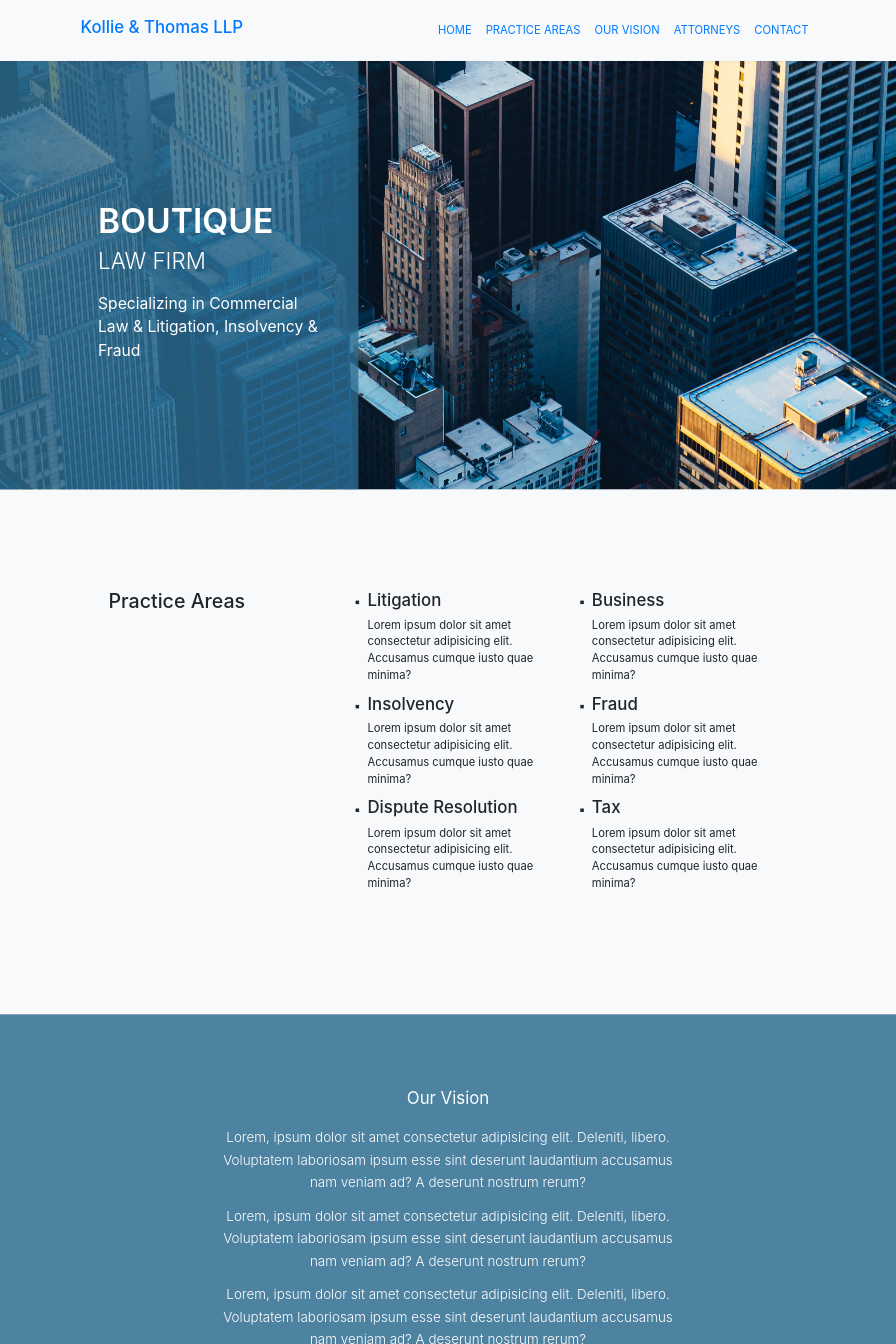
Repository: just-mann/kolllie-kolliellp
Page: index.html
The author's editor kept a copy of each file at every save. The page is drawn from the files as they stood at one save, then again after a run of saves.
The browser window is 1280 px wide. The pictures show the part of the page from y = 0 to 1920 px (the page is 4529 px tall), at 70% of full size.
Backgrounds fixed to the window are drawn as part of the page.

Above is the page before, as saved 2021-06-02 05:48:06.

### index.html
<!DOCTYPE html>
<html lang="en">
<head>
    <meta charset="UTF-8">
    <meta name="viewport" content="width=device-width, initial-scale=1.0">
    <meta http-equiv="X-UA-Compatible" content="ie=edge">
    <meta name="Description" content="Enter your description here"/>
    <!-- Font Awesome Icons -->
    <link rel="stylesheet" href="https://cdnjs.cloudflare.com/ajax/libs/font-awesome/5.15.3/css/all.min.css" referrerpolicy="no-referrer" />
    <link rel="stylesheet" href="https://cdnjs.cloudflare.com/ajax/libs/twitter-bootstrap/4.6.0/css/bootstrap.min.css">
    <link rel="stylesheet" href="https://cdnjs.cloudflare.com/ajax/libs/font-awesome/5.15.2/css/all.min.css">
    <link rel="stylesheet" href="assets/css/utilities.css">
    <link rel="stylesheet" href="assets/css/style.css">
    <title>Kollie & Thomas LLP</title>
</head>
<body>
    <nav class="myNavbar px-2 bg-light shadow-sm">
        <div class="myContainer">
            <a href="#" class="myLogo"><h3>Kollie & Thomas LLP</h3></a>
            <div class="links">
                <a href="#">Home</a>
                <a href="#practiceArea">Practice Areas</a>
                <a href="#ourVision">Our Vision</a>
                <a href="#ourAttorneys">Attorneys</a>
                <a href="#contact">Contact</a>
            </div>
            <i class="fas fa-bars fa-1x toggleBar"></i>
        </div>
    </nav>
    <section class="heroSection">
        <div class="myContainer">
            <h3><span>Boutique</span>Law Firm</h3>
            <p>Specializing in Commercial Law & Litigation, Insolvency & Fraud</p>
        </div>
    </section>
    <section class="practiceArea py-5 px-4 bg-light" id="practiceArea">
        <div class="myContainer py-5">
            <div class="practiceArreaDiv p-4">
                <div class="left__side px-3 py-4">
                    <h3><span>Practice</span> Areas</h3>
                </div>
                <div class="right__side px-3 py-4">
                    <ul>
                        <div class="left px-3">
                            <li><h4>Litigation</h4></li>
                            <p>Lorem ipsum dolor sit amet consectetur adipisicing elit. Accusamus cumque iusto quae minima?</p>
                            <li><h4>Insolvency</h4></li>
                            <p>Lorem ipsum dolor sit amet consectetur adipisicing elit. Accusamus cumque iusto quae minima?</p>
                            <li><h4>Dispute Resolution</h4></li>
                            <p>Lorem ipsum dolor sit amet consectetur adipisicing elit. Accusamus cumque iusto quae minima?</p>
                        </div>
                        <div class="right px-3">
                            <li><h4>Business</h4></li>
                            <p>Lorem ipsum dolor sit amet consectetur adipisicing elit. Accusamus cumque iusto quae minima?</p>
                            <li><h4>Fraud</h4></li>
                            <p>Lorem ipsum dolor sit amet consectetur adipisicing elit. Accusamus cumque iusto quae minima?</p>
                            <li><h4>Tax</h4></li>
                            <p>Lorem ipsum dolor sit amet consectetur adipisicing elit. Accusamus cumque iusto quae minima?</p>
                        </div>
                    </ul>
                </div>
            </div>
        </div>
    </section>
    <section class="ourVision px-4 py-5" id="ourVision">
        <div class="myContainer">
            <div class="ourVisionDiv py-5">
                <h3>Our Vision</h3>
                <div>
                    <p>Lorem, ipsum dolor sit amet consectetur adipisicing elit. Deleniti, libero. Voluptatem laboriosam ipsum esse sint deserunt laudantium accusamus nam veniam ad? A deserunt nostrum rerum?</p>
                </div>
                <div>
                    <p>Lorem, ipsum dolor sit amet consectetur adipisicing elit. Deleniti, libero. Voluptatem laboriosam ipsum esse sint deserunt laudantium accusamus nam veniam ad? A deserunt nostrum rerum?</p>
                </div>
                <div>
                    <p>Lorem, ipsum dolor sit amet consectetur adipisicing elit. Deleniti, libero. Voluptatem laboriosam ipsum esse sint deserunt laudantium accusamus nam veniam ad? A deserunt nostrum rerum?</p>
                </div>
            </div>
        </div>
    </section>
    <div class="parallaxImg">
        <!-- <img src="./assets/images/heroImage.jpg" alt="parallaxImg"> -->
    </div>
    <section class="ourAttorneys py-5 bg-light" id="ourAttorneys">
        <div class="myContainer py-5">
            <h3 class="text-center mb-5">Our Attorneys</h3>
            <div class="attorneysDiv">
                <div class="attCard">
                    <img src="./assets/images/attrny1.jpg" alt="att1">
                    <div class="firstDiv">
                        <h4>Justin Kollie</h4>
                        <p>Partner</p>
                    </div>
                    <div class="secondDiv">
                        <p>Tel: XXX-XXX-XXXX</p>
                        <p>info@mysite.com</p>
                    </div>
                </div>
                <div class="attCard">
                    <img src="./assets/images/attrny3.jpg" alt="att2">
                    <div class="firstDiv">
                        <h4>Attrn. Name</h4>
                        <p>Position</p>
                    </div>
                    <div class="secondDiv">
                        <p>Tel: XXX-XXX-XXXX</p>
                        <p>info@mysite.com</p>
                    </div>
                </div>
                <div class="attCard">
                    <img src="./assets/images/attrny2.jpg" alt="att1">
                    <div class="firstDiv">
                        <h4>Mandela P. Thomas</h4>
                        <p>Partner</p>
                    </div>
                    <div class="secondDiv">
                        <p>Tel: XXX-XXX-XXXX</p>
                        <p>info@mysite.com</p>
                    </div>
                </div>
            </div>
        </div>
    </section>
    <section class="contact py-5" id="contact">
        <div class="myContainer">
            <div class="contactDiv">
                <div class="left__side">
                    <h3>Contact Us</h3>
                </div>
                <div class="right__side">
                    <h4 class=><span>Our</span> Address</h4>
                    <div class="addressDiv">
                        <p>500 Terry Francois St. San Francisco, CA 94158</p>
                        <p>Email: info@mysite.com</p>
                        <p>Tel:  123-456-7890</p>
                    </div>
                    <div class="clickToFind my-4 py-4">
                        <a href="#">Click Here to Find Us</a>
                    </div>
                    <form action="">
                        <div class="left__side">
                            <div>
                                <label for="firstName">First Name *</label>
                                <input type="text" name="firstName" required>
                            </div>
                            <div>
                                <label for="lastName">Last Name *</label>
                                <input type="text" name="lastName" required>
                            </div>
                            <div>
                                <label for="email">Email *</label>
                                <input type="email" name="name" required>
                            </div>
                            <div>
                                <label for="subject">Subject *</label>
                                <input type="text" name="subject" required>
                            </div>
                        </div>
                        <!-- <div class="right__side"> -->
                            <label for="message" class="messageLabel">Message *</label>
                            <textarea name="message" id="message" cols="30" rows="10" required></textarea>
                        <!-- </div> -->
                        <div class="my-4">
                            <input type="submit" value="Send">
                        </div>
                    </form>
                </div>
            </div>
        </div>
    </section>
    <section class="backUpTop bg-dark text-center p-4">
        <div class="myContainer">
            <i class="fas fa-angle-double-up fa-2x text-light"></i>
        </div>
    </section>
    <footer class="footer">
        <div class="myContainer">
            <p>© 2021 Kollie & Thomas LLP. Proudly created by Justin Kollie</p>
        </div>
    </footer>
    <!-- Optional Scripts -->
    <script src="assets/scripts/myScript.js"></script>
    <script src="https://cdnjs.cloudflare.com/ajax/libs/jquery/3.5.1/jquery.slim.min.js"></script>
    <script src="https://cdnjs.cloudflare.com/ajax/libs/popper.js/1.16.1/umd/popper.min.js"></script>
    <script src="https://cdnjs.cloudflare.com/ajax/libs/twitter-bootstrap/4.6.0/js/bootstrap.min.js"></script>
</body>
</html>

### assets/css/utilities.css
:root {
    --primaryColor: #274f9bf3;
}

a {
    text-decoration: none;
}

a:hover {
    text-decoration: none;
}

ul li {
    list-style-type: square;
}

.myContainer {
    max-width: 1100px;
    margin: 0 auto;
    padding: 10px 25px;
}

### assets/css/style.css
* {
    padding: 0;
    margin: 0;
    box-sizing: border-box;
}

html {
    scroll-behavior: smooth;
}



/* Navbar */
.myNavbar {
    padding: 15px 0px;
    background-color: #ece6e6;
    position: sticky;
    top: 0;
    left: 0;
    width: 100%;
    z-index: 100;
}

.myNavbar .myContainer {
    display: flex;
    justify-content: space-between;
    align-items: center;
}

.myNavbar .myContainer .myLogo h3 {
    font-size: 1.5em;
}

.myNavbar .myContainer .links {
    display: flex;
    justify-content: center;
    align-items: center;
}

.toggleBar {
    font-size: 1.6em;
    display: none;
    transition: cursor 0.6s;
}

.toggleBar:hover {
    cursor: pointer;
}

.ourVision {
    background-color: #2f6d91da;
    color: white;
    text-align: center;
    /* padding: 30px 10px; */
}

.ourVisionDiv h3 {
    font-weight: 400;
    font-size: 2.6rem;
    text-align: center;
    margin-bottom: 25px;
    /* margin: 40px auto; */
}

.ourVisionDiv p {
    font-weight:300;
    font-size: 1.2rem;
    line-height: 2rem;
    text-align: center;
}

.parallaxImg {
    background-image: url('../images/parallaxImg.jpg');
    min-height: 500px;
    background-attachment: fixed;
    background-position: center;
    background-origin: center;
    background-repeat: no-repeat;
    background-size: cover;
}

.parallaxImg img {
    width: 100%;
}

.contact {
    position: relative;
    background: url('../images/contactBgImage.jpg') no-repeat center center / cover;
}

.contact::before {
    content: "";
    position: absolute;
    top: 0;
    left: 0;
    background: #2f6d91da;
    width: 100%;
    height: 100%;
}

.contact .myContainer * {
    display: flex;
    flex-direction: column;
    justify-content: center;
    align-items: flex-start;
    width: 100%;
    z-index: 50;
}

.contactDiv .left__side h3 {
    font-weight: 500;
    color: white;
}

.contactDiv .right__side h4 {
    font-weight: 300;
    color: white;
}

.contactDiv .right__side h4 span {
    font-weight: 600;
}

.contactDiv .right__side .addressDiv p {
    font-size: 1rem;
    font-weight: 400;
    margin: 5px 0px;
    color: white;
}

.contactDiv .right__side .clickToFind a {
    text-decoration: underline;
    font-size: 1.4rem;
    color: white;
}

form label {
    color: white;
    font-size: 1.3rem;
}

.backUpTop .myContainer i {
    font-weight: 600;
}

.backUpTop .myContainer i:hover {
    cursor: pointer;
}

input[type="submit"] {
    width: 100%;
    background-color: transparent;
    border: 2px solid white;
    border-radius: 5px;
    font-weight: 500;
    letter-spacing: 1px;
    display: flex;
    padding: 10px;
    color: white;
    justify-content: center;
    text-align: center;
}

form div input, textarea {
    border: 3px solid #223755;
    border-radius: 3px;
    padding: 5px 10px;
}

/* Non mobile */
.myNavbar .myContainer .links a {
    padding: 0px 10px;
    font-size: 16px;
    font-weight: 400;
    text-transform: uppercase;
}

/* Desktop Scree Size Starts */
@media screen and (min-width: 900px) {
    .heroSection {
        position: relative;
        background-image: url('../images/heroImage.jpg');
        min-height: 500px;
        background-attachment: fixed;
        background-position: center;
        background-origin: center;
        background-repeat: no-repeat;
        background-size: cover;
        height: 85vh;
        display: flex;
        justify-content: start;
        align-items: left;
        /* background-color: #ffffff;
        background: url('../images/heroImage.jpg') no-repeat center center / cover; */
    }

    .heroSection .myContainer {
        display: flex;
        flex-direction: column;
        width: 100%;
        align-items: start;
        z-index: 50;
        padding: 10px 50px;
        background-attachment: fixed;
    }

    .heroSection::before {
        position: absolute;
        content: "";
        top: 0;
        left: 0;
        background: rgba(47, 109, 145, 0.78);
        width: 40%;
        height: 100%;
        z-index: 0;
    }

    .heroSection .myContainer h3 span {
        color: white;
        font-size: 3rem;
        font-weight: 600;
        margin: 10px 0px;
        text-transform: uppercase;
        display: block;
    }

    .heroSection .myContainer h3 {
        color: white;
        font-size: 2rem;
        font-weight: 300;
        margin-top: 180px;
        text-transform: uppercase;
    }

    .heroSection .myContainer p {
        color: white;
        max-width: 320px;
        margin: 15px 0px;
        font-size: 1.4rem;
    }

    .practiceArea .myContainer .practiceArreaDiv {
        display: grid;
        grid-template-columns: 1fr 2fr;
        gap: 30px;
    }

    .practiceArreaDiv .right__side ul {
        display: grid;
        grid-template-columns: 1fr 1fr;
        gap: 25px;
    }

    .ourVision .myContainer .ourVisionDiv h3 {
        text-align: center;
        font-size: 1.5em;
    }

    .ourVision .myContainer .ourVisionDiv div {
        max-width: 650px;
        margin: 0 auto;
        text-align: center;
    }

    .ourAttorneys .myContainer .attorneysDiv {
        width: 100%;
        margin: 0 auto;
        display: flex;
        justify-content: space-evenly;

        /* grid-template-columns: repeat(3, 1fr); */
    }

    .ourAttorneys .myContainer .attorneysDiv .attCard {
        width: 250px;
        margin: 10px 0px;
    }

    .ourAttorneys .myContainer .attorneysDiv .attCard img {
        width: 100%;
    }

    .attCard .firstDiv {
        padding: 10px 0px 0px 0px;
        text-align: center;
        border-bottom: 2px solid #6991ac9d;
    }

    .secondDiv {
        text-align: center;
        padding: 5px 0px;
    }

    .ourAttorneys .myContainer h3 {
        text-align: center;
        font-size: 2.5rem;
        font-weight: 350;
        margin-bottom: 25px;
        text-transform: uppercase;
    }

}


/* Desktop Screen Size Ends */


/* Responsive */
@media screen and (max-width: 900px) {
    .myNavbar .myContainer .links {
        display: none;
    }

    .toggleBar {
        display: block;
    }

    .heroSection {
        position: relative;
        height: 75vh;
        display: flex;
        justify-content: center;
        align-items: center;
        background-color: #ffffff;
        background: url('../images/heroImage.jpg') no-repeat center center / cover;
    }

    .heroSection .myContainer {
        display: flex;
        flex-direction: column;
        justify-content: center;
        align-items: start;
        z-index: 50;
    }

    .heroSection::before {
        position: absolute;
        content: "";
        top: 50;
        /* bottom: 40; */
        right: 0;
        background: rgba(47, 109, 145, 0.78);
        width: 95%;
        height: 70%;
        z-index: 0;
    }

    .heroSection .myContainer h3 span {
        color: white;
        font-size: 3rem;
        font-weight: 600;
        margin: 10px 0px;
        text-transform: uppercase;
        display: block;
    }

    .heroSection .myContainer h3 {
        color: white;
        font-size: 2rem;
        font-weight: 300;
        text-transform: uppercase;
    }

    .heroSection .myContainer p {
        color: white;
        max-width: 320px;
        margin: 15px 0px;
        font-size: 1.4rem;
    }

    .practiceArreaDiv .left__side h3 span {
        font-size: 2.5rem;
        text-transform: uppercase;
        display: block;
        font-weight: 600;
        margin: 5px 0px;
    }

    .left__side h3 {
        font-size: 2.4rem;
        text-transform: uppercase;
        font-weight: 300;
    }

    .right__side {
        padding: 30px 10px;
        /* background-color: white; */
    }

    .parallaxImg {
        background-image: url('../images/parallaxImg.jpg');
        min-height: 500px;
        background-attachment: scroll;
        background-position: center;
        background-repeat: no-repeat;
        background-size: cover;
    }

    .attorneysDiv {
        grid-template-columns: 1fr;
        width: 100%;
        margin: 0 auto;
    }

    .ourAttorneys .myContainer h3 {
        text-align: center;
        font-size: 2.8em;
        font-weight: 350;
        margin-bottom: 25px;
    }

    .attCard {
        width: 100%;
        padding: 0px 20px;
        margin: 0px auto 35px auto;
        /* text-align: center; */
    }

    .attCard img {
        min-height: 200px;
        width: 100%;
    }

    .attCard .firstDiv {
        padding: 10px 0px 0px 0px;
        text-align: center;
        border-bottom: 2px solid #6991ac9d;
    }

    .secondDiv {
        text-align: center;
        padding: 5px 0px;
    }

    form {
        /* background: pink; */
        max-width: 100%;
    }

    form div {
        margin: 7px 0px;
        /* padding: 0px 5px; */
        max-width: 100%;
    }

    form label {
        display: block;
        color: white;
    }

    form input {
        width: 100%;
    }

    form input {
        padding: 5px 10px;
    }

    form .right__side textarea {
        width: 100%;
        padding: 5px 10px;
    }




}

### assets/scripts/myScript.js
console.log('It works');

After the next 2 saves:
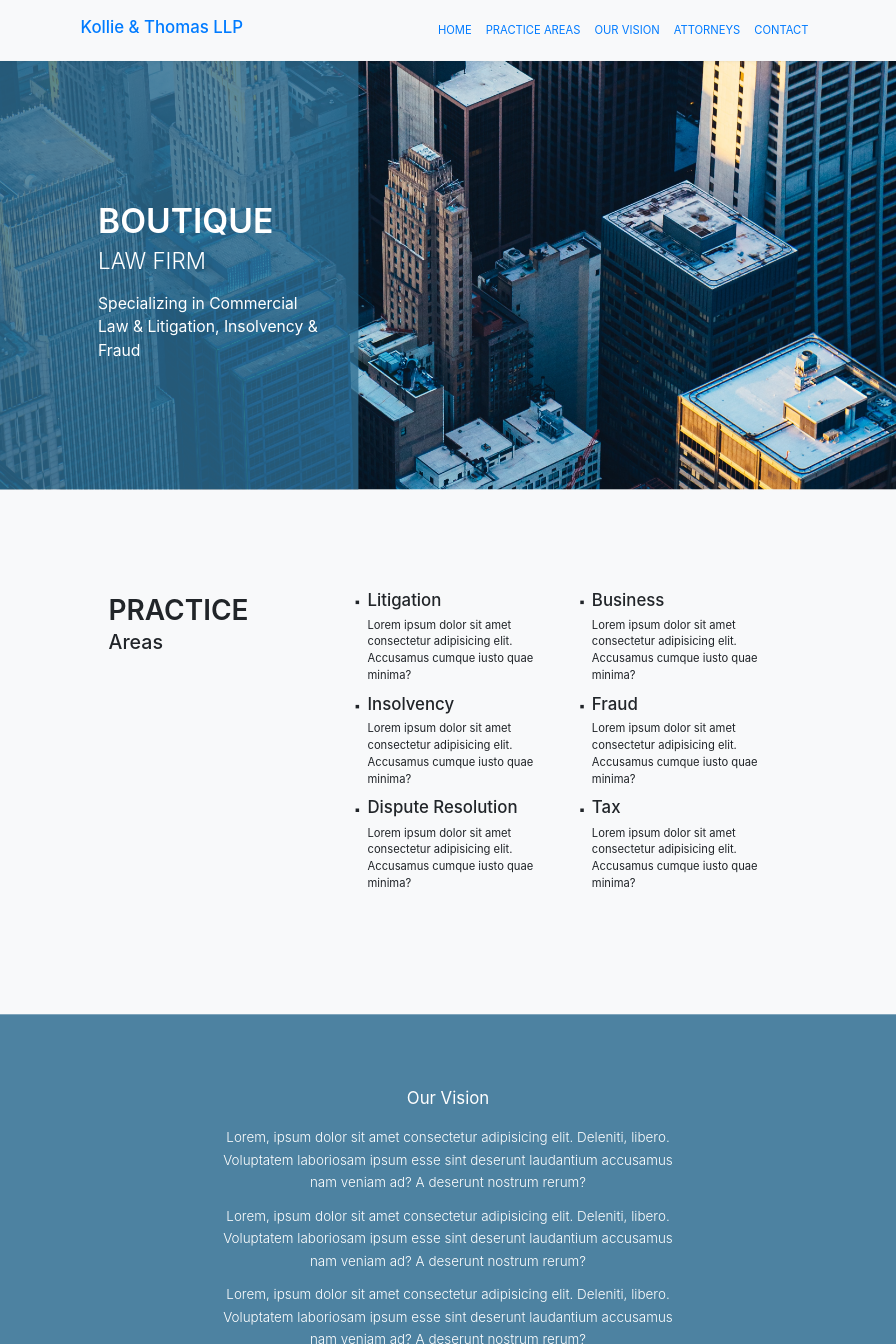
The 2 saves are shown as one change because they came seconds apart.
The last was saved 61 s later.
--- a/assets/css/style.css
+++ b/assets/css/style.css
@@ -245,6 +245,14 @@ form div input, textarea {
         gap: 30px;
     }
 
+    .practiceArreaDiv .left__side h3 span {
+        font-size: 2.5rem;
+        text-transform: uppercase;
+        display: block;
+        font-weight: 600;
+        margin: 5px 0px;
+    }
+
     .practiceArreaDiv .right__side ul {
         display: grid;
         grid-template-columns: 1fr 1fr;
